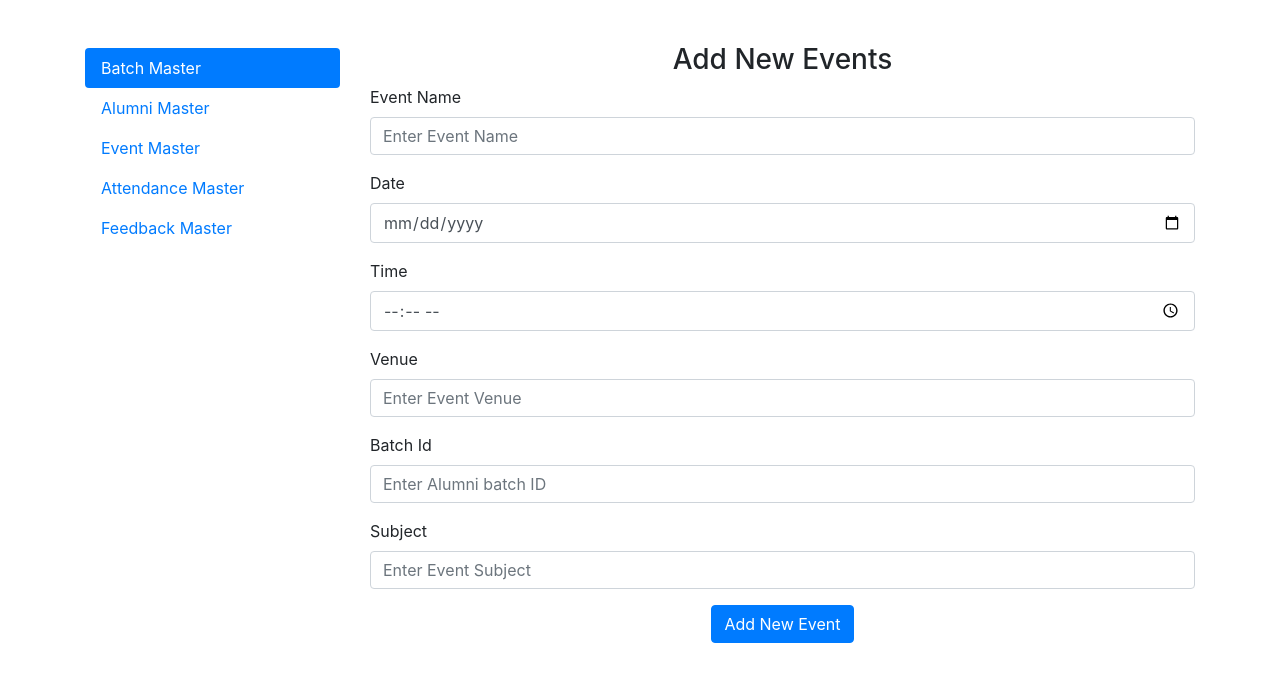
Repository: Shreyash1107/Web_Projects
Page: http://localhost/AlumnieventmanagementApplication/AddEvents.jsp
These files come from the project's save history. The page is drawn as it stood at one moment and after a run of saves; the edit follows.
The browser window is 1280 px wide. The pictures show the whole page.
The page is served by Tomcat 9. Nobody is signed in. The application's start-up code is not run.

Above is the page before, as saved 2024-08-04 05:55:18.

After the next 2 saves:
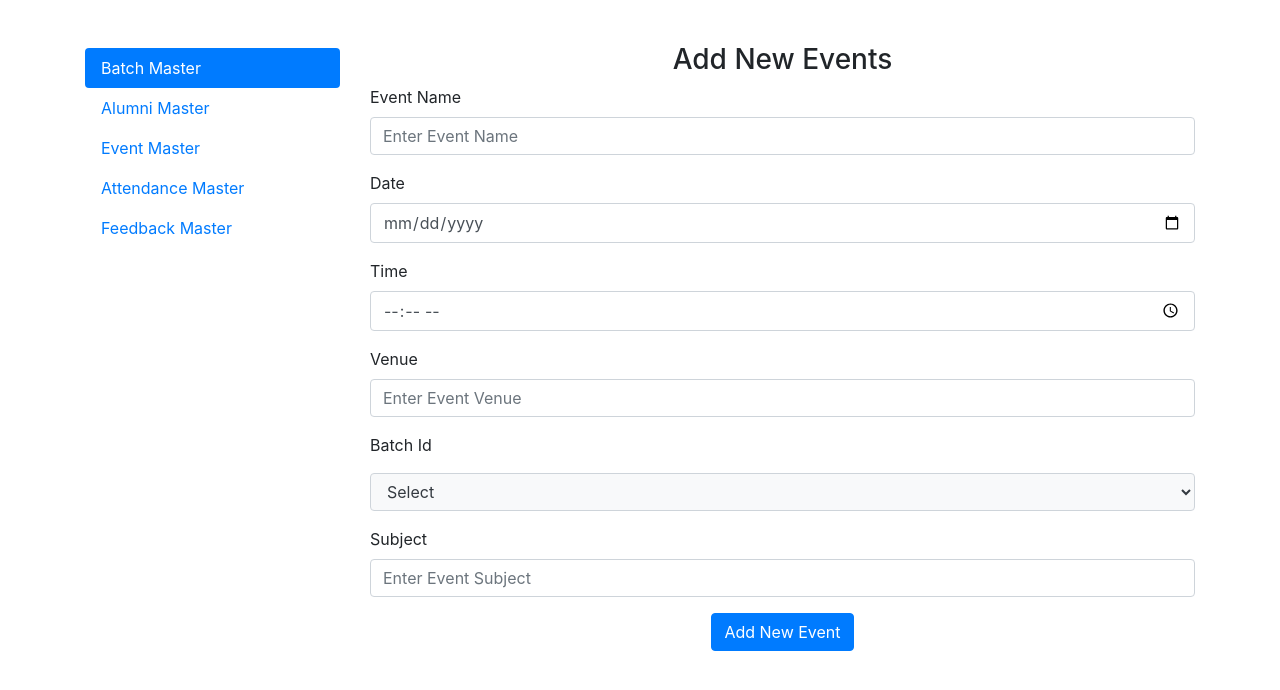
The 2 saves are shown as one change because they came seconds apart.
The last was saved 14 s later.
--- a/AlumnieventmanagementApplication/src/main/webapp/AddEvents.jsp
+++ b/AlumnieventmanagementApplication/src/main/webapp/AddEvents.jsp
@@ -72,10 +72,14 @@
 										id="s"></span>
 								</div>
 								<div class="form-group">
-									<label for="txtBatch">Batch Id</label> <input type="number"
-										name="batch" id="txtBatch" class="form-control"
-										placeholder="Enter Alumni batch ID" onkeyup="validateBatch()"
-										autocomplete="off"> <span id="s"></span>
+									<label for="txtBatch">Batch Id</label>
+									 <select
+								class="form-control bg-light text-dark mt-2" id="updateOption"
+								onchange="toggleFields(this.value)">
+								<option value="">Select</option>
+								<option value="yes">Yes</option>
+								<option value="no">No</option>
+							</select>
 								</div>
 								<div class="form-group">
 									<label for="txtBatch">Subject</label> <input type="text"
